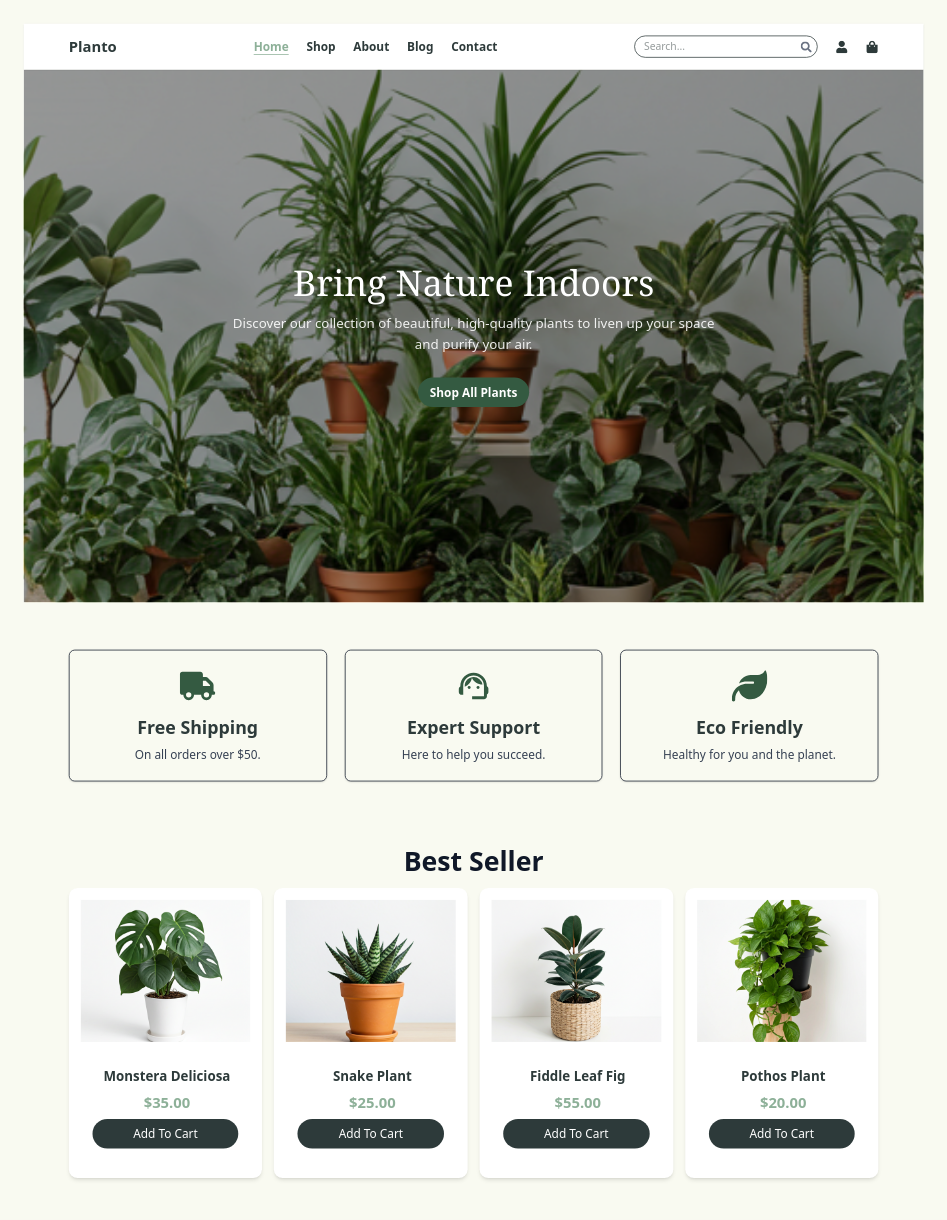
Repository: mazenessam99/Planto
Page: /
These files come from the project's save history. The page is drawn as it stood at one moment and after a run of saves; the edit follows.
The browser window is 1280 px wide. The pictures show the whole page, at 74% of full size.
The project was rebuilt for these pictures with package versions that can differ from the ones it lists, and the page was loaded fresh each time. Also part of the build but not shown: vite.config.js.

Above is the page before, as saved 2025-11-22 23:21:22.

After the next 11 saves:
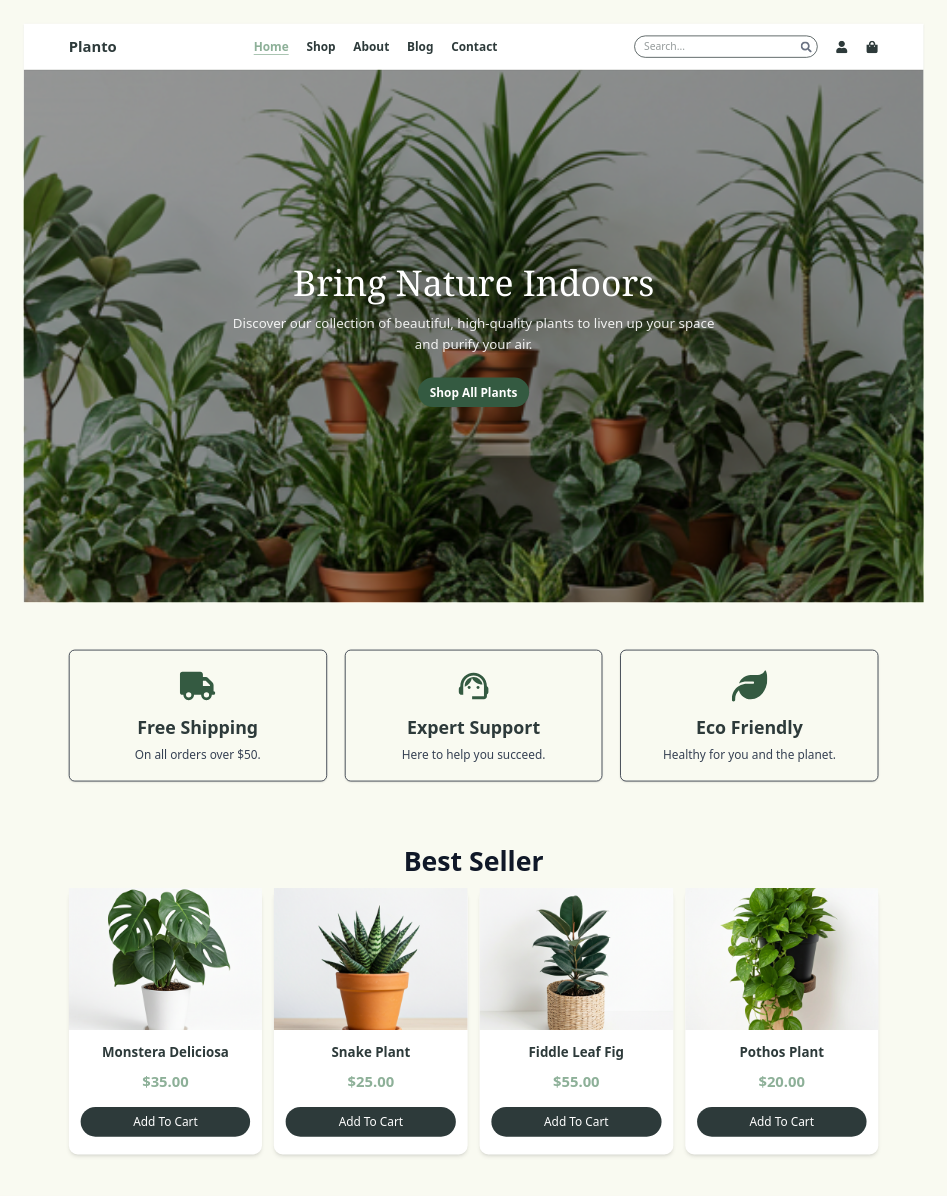
The 11 saves are shown as one change because they came seconds apart.
The last was saved 22 s later.
--- a/src/components/ui/ProductCard.jsx
+++ b/src/components/ui/ProductCard.jsx
@@ -2,15 +2,15 @@ import Button from "./Button";
 
 const ProductCard = ({src,title,price,showButton=true,buttonText='Add To Cart'}) => {
   return (
-    <div className="bg-white rounded-xl p-4 shadow-md flex flex-col hover:shadow-xl transition-all">
+    <div className="bg-white rounded-xl shadow-md flex flex-col hover:shadow-xl transition-all">
       <div className="w-full h-48 overflow-hidden ">
         <img src={src} className="w-full h-full object-cover hover:scale-105 transition" alt={title}/>
       </div>
-      <div className="p-4 flex flex-col ">
-        <h3 className="mt-4 ms-1 text-lg font-semibold text-primary">{title}</h3>
-      <p className="mt-2 ms-1 font-bold text-xl text-secondary">{price}</p>
+      <div className="p-4 flex flex-col gap-3">
+        <h3 className="text-lg font-semibold text-primary">{title}</h3>
+      <p className="font-bold text-xl text-secondary">{price}</p>
       {showButton&&(
-        <Button className="my-2 ">
+        <Button className="my-2">
           {buttonText}
         </Button>
       )}
